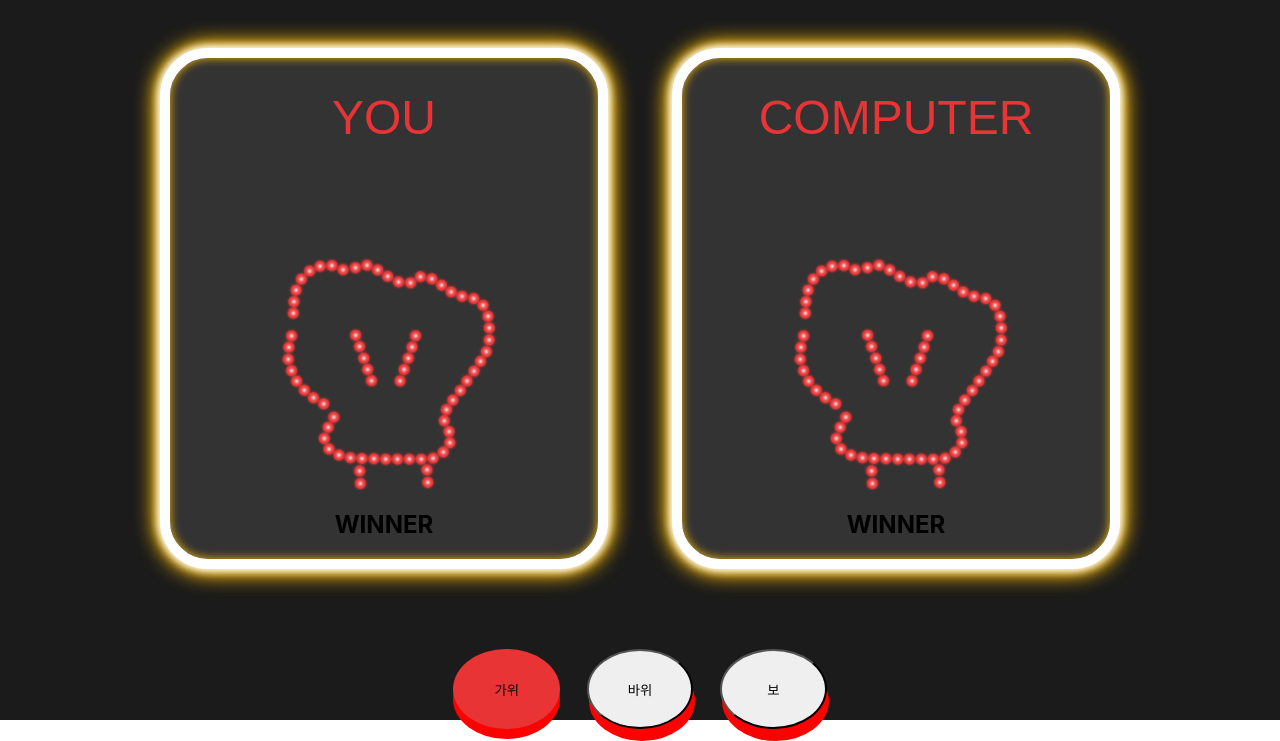
Repository: KIMMIHYE12/classComponent
Page: /
These files come from the project's save history. The page is drawn as it stood at one moment and after the next save; the edit follows.
The browser window is 1280 px wide. The pictures show the whole page.
Some web fonts or font styles are not loaded; a fallback is used. The project was rebuilt for these pictures with package versions that can differ from the ones it lists, and the page was loaded fresh each time.

Above is the page before, as saved 2024-03-18 23:10:52.

After the next save:
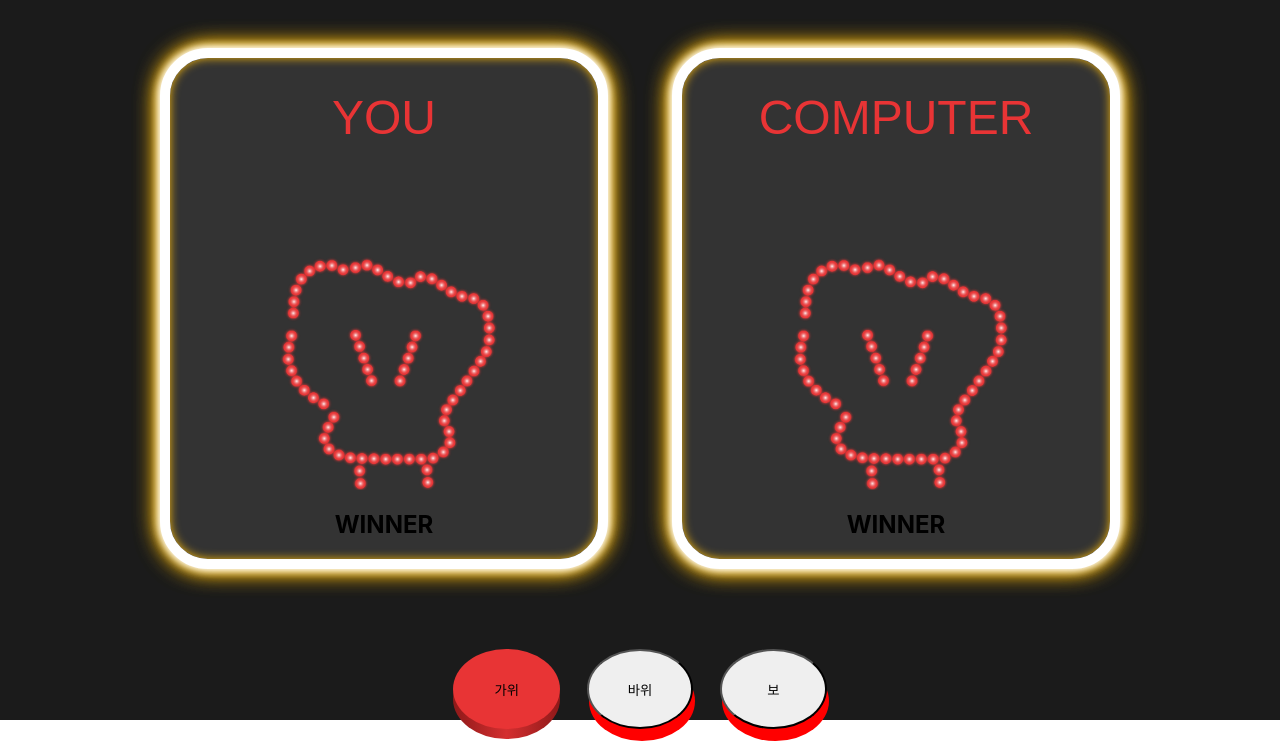
Saved 9 s later.
--- a/src/App.css
+++ b/src/App.css
@@ -82,7 +82,7 @@ img {
   background: linear-gradient(
     90deg,
     rgba(143, 25, 25, 1) 0%,
-    gba(212, 47, 48, 1) 50%,
+    rgba(212, 47, 48, 1) 50%,
     rgba(143, 25, 25, 1) 100%
   );
 }
